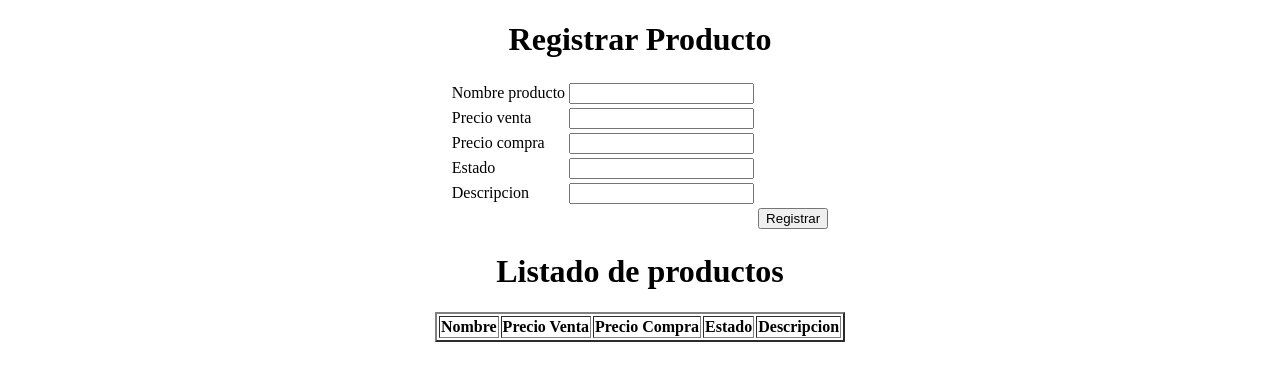
Repository: NayshaOCruz98/CL2ORTIZ
Page: http://localhost/LPII_CL2_ORTIZCRUZNAYSHA/ControladorServletprod
The author's editor kept a copy of each file at every save. The page is drawn from the files as they stood at one save, then again after the next save.
The browser window is 1280 px wide. The pictures show the whole page.
The page is served by Tomcat 9. Other server files are loaded and not shown.

Above is the page before, as saved 2023-10-24 21:22:53.

### LPII_CL2_ORTIZCRUZNAYSHA/src/main/webapp/RegistrarProducto.jsp
<%@ page language="java" contentType="text/html; charset=ISO-8859-1"
    pageEncoding="ISO-8859-1"%>
<%@page import="model.TblProductocl2" %>
<%@page import="java.util.*" %>
<!DOCTYPE html PUBLIC "-//W3C//DTD HTML 4.01 Transitional//EN" "http://www.w3.org/TR/html4/loose.dtd">
<html>
<head>
<meta http-equiv="Content-Type" content="text/html; charset=ISO-8859-1">
<title>Registrar producto</title>
</head>
<body>
<h1 align="center">Registrar Producto</h1>
<form action="ControladorServletprod" method="post">

<table align="center">
<tr>
<td>Nombre producto</td>
<td><input type="text" name="nombre"></td>
</tr>
<tr>
<td>Precio venta</td>
<td><input type="text" name="precioventa"></td>
</tr>
<tr>
<td>Precio compra</td>
<td><input type="text" name="PrecioCompra"></td>
</tr>
<tr>
<td>Estado</td>
<td><input type="text" name="estado"></td>
</tr>
<tr>
<td>Descripcion</td>
<td><input type="text" name="descrip"></td>
</tr>
<tr>
<td colspan="2" ></td>
<td align="center"><input type="submit" name="Registra Producto" value="Registrar">
</td>
</tr>
</table>
</form>
<!--  <td><input type="submit" name="Registra Producto"></td>-->

<h1 align="center">Listado de productos</h1>
<table align="center" border="2">
<tr>
<th>Nombre</th>
<th>Precio Venta</th>
<th>Precio Compra</th>
<th>Estado</th>
<th>Descripcion</th>

<%
List<TblProductocl2> Listadoproducto=(List<TblProductocl2>)request.getAttribute("listado");
if(Listadoproducto!=null){
	for(TblProductocl2 lis:Listadoproducto){
%>
<tr>
<td>
<%=lis.getIdproducto() %>
</td>
<td>
<%=lis.getNombrecl2() %>
</td>
<td>
<%=lis.getPrecioventacl2() %>
</td>
<td>
<%=lis.getPreciocompracl2() %>
</td>
<td>
<%=lis.getEstadocl2() %>
</td>
<td>
<%=lis.getDescripcioncl2() %>
</td>
</tr>
<%

	}
}
%>
</table>
</body>
</html>

### LPII_CL2_ORTIZCRUZNAYSHA/src/main/java/Controlador/ControladorServletprod.java
package Controlador;

import java.io.IOException;
import java.util.List;

import javax.servlet.ServletException;
import javax.servlet.http.HttpServlet;
import javax.servlet.http.HttpServletRequest;
import javax.servlet.http.HttpServletResponse;

import Dao.ClassCrudProducto;
import model.TblProductocl2;

/**
 * Servlet implementation class ControladorServletprod
 */
public class ControladorServletprod extends HttpServlet {
	private static final long serialVersionUID = 1L;

    /**
     * @see HttpServlet#HttpServlet()
     */
    public ControladorServletprod() {
        super();
        // TODO Auto-generated constructor stub
    }

	/**
	 * @see HttpServlet#doGet(HttpServletRequest request, HttpServletResponse response)
	 */
	protected void doGet(HttpServletRequest request, HttpServletResponse response) throws ServletException, IOException {
		// TODO Auto-generated method stub
		//response.getWriter().append("Served at: ").append(request.getContextPath());
		request.getRequestDispatcher("/RegistrarProducto.jsp").forward(request, response);
	}

	/**
	 * @see HttpServlet#doPost(HttpServletRequest request, HttpServletResponse response)
	 */
	protected void doPost(HttpServletRequest request, HttpServletResponse response) throws ServletException, IOException {
		// TODO Auto-generated method stub
		//doGet(request, response);
		String nombre=request.getParameter("nombre");
		double precioV=Double.parseDouble(request.getParameter("precioventa"));
		double precioC=Double.parseDouble(request.getParameter("PrecioCompra"));
		String estado=request.getParameter("estado");
		String descrip=request.getParameter("descrip");

		TblProductocl2 tprod = new TblProductocl2();
		ClassCrudProducto crud= new ClassCrudProducto();

		tprod.setNombrecl2(nombre);
		tprod.setPrecioventacl2(precioV);
		tprod.setPreciocompracl2(precioC);
		tprod.setEstadocl2(estado);
		tprod.setDescripcioncl2(descrip);

		crud.RegistrarProducto(tprod);
		List<TblProductocl2> listarproducto=crud.ListadoProducto();
		request.setAttribute("listado", listarproducto);
		request.getRequestDispatcher("/RegistrarProducto.jsp").forward(request, response);




	}

}

After the next save:
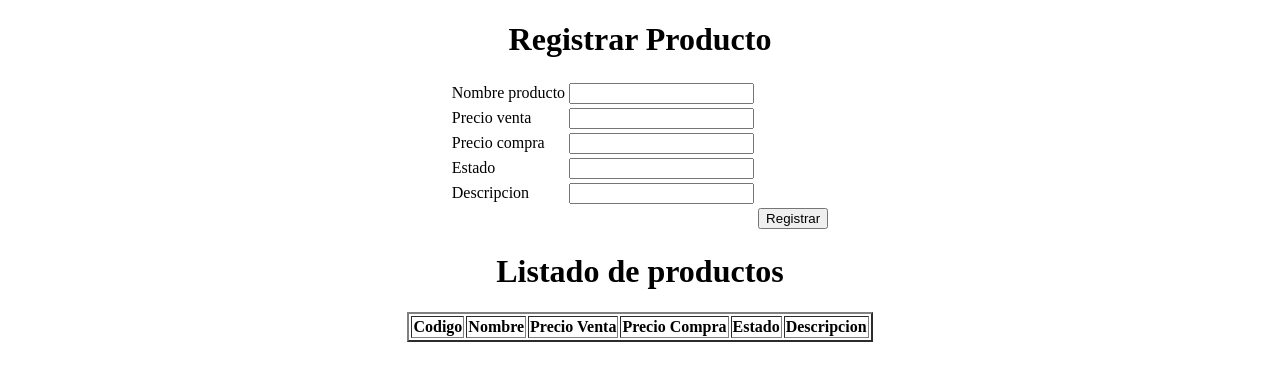
Saved 112 s later.
--- a/LPII_CL2_ORTIZCRUZNAYSHA/src/main/webapp/RegistrarProducto.jsp
+++ b/LPII_CL2_ORTIZCRUZNAYSHA/src/main/webapp/RegistrarProducto.jsp
@@ -45,6 +45,7 @@
 <h1 align="center">Listado de productos</h1>
 <table align="center" border="2">
 <tr>
+<th>Codigo</th>
 <th>Nombre</th>
 <th>Precio Venta</th>
 <th>Precio Compra</th>
